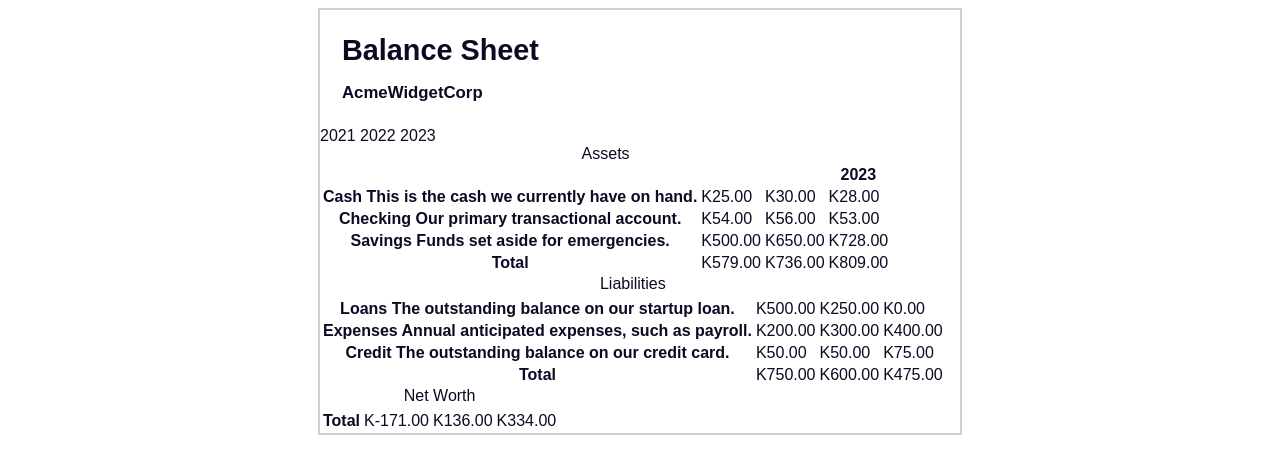
Repository: Lungdjos/balance_shee
Page: index.html
The author's editor kept a copy of each file at every save. The page is drawn from the files as they stood at one save, then again after a run of saves.
The browser window is 1280 px wide. The pictures show the whole page.

Above is the page before, as saved 2023-11-04 09:05:01.

After the next 3 saves:
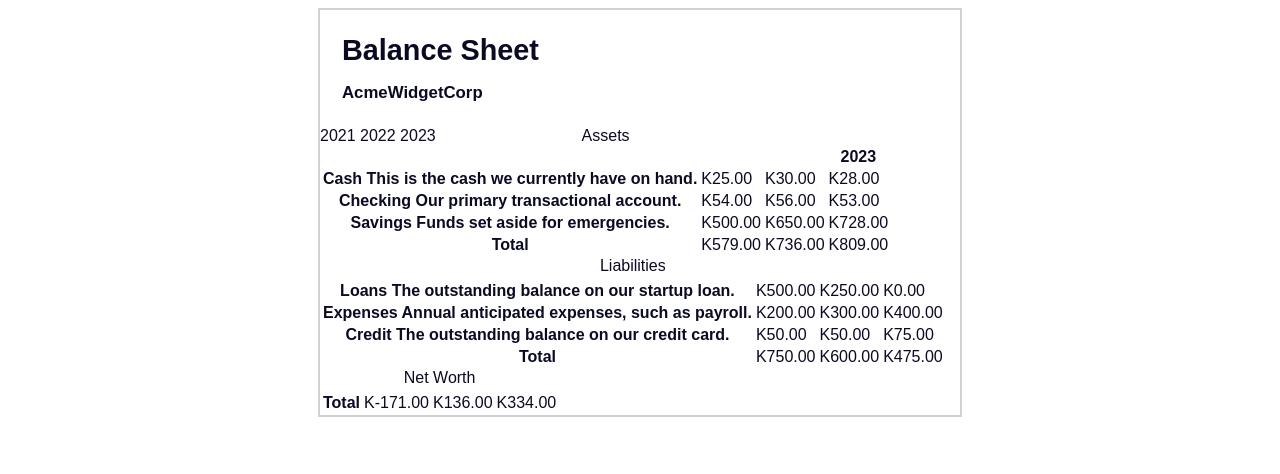
The 3 saves are shown as one change because they came seconds apart.
The last was saved 16 s later.
--- a/styles.css
+++ b/styles.css
@@ -51,4 +51,6 @@ section {
     border: 2px solid #d0d0d5;
 }
 
-#years {}
+#years {
+    position: fixed;
+}
